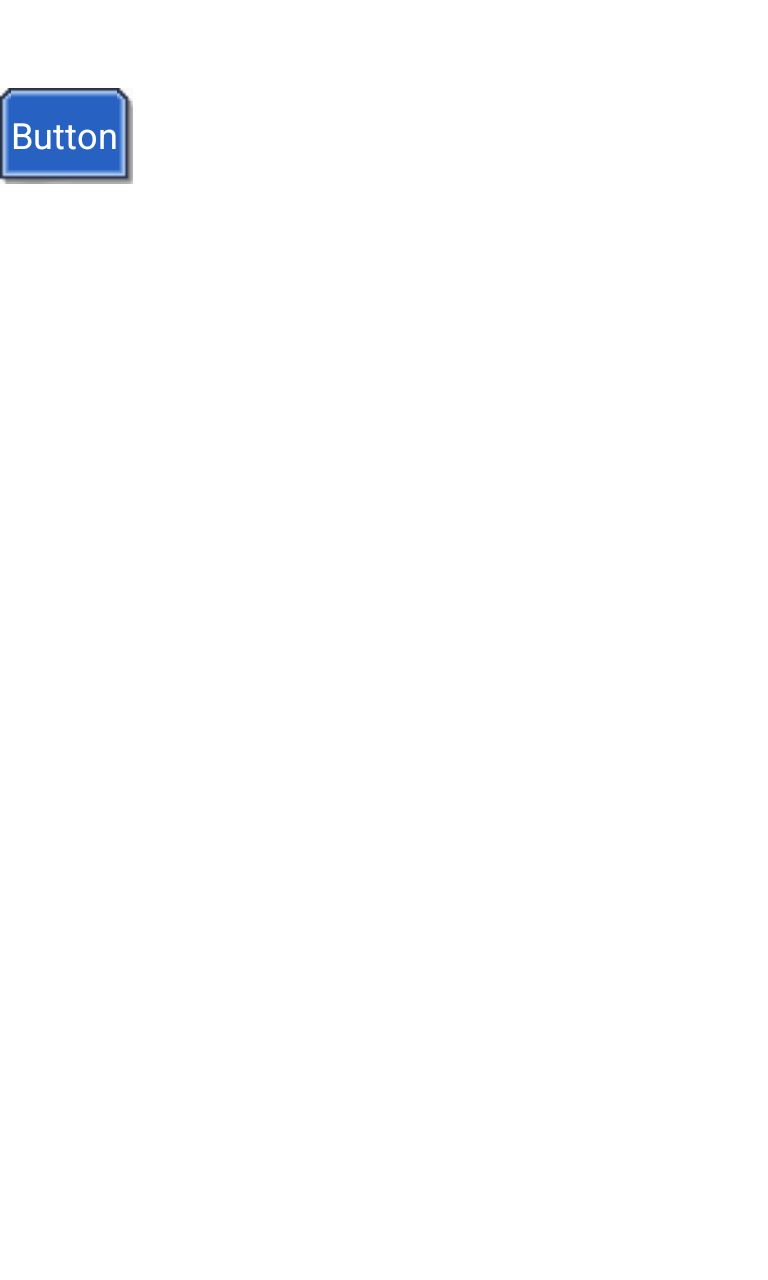
Repository: CMPUT301W13T11/classproject
Layout: FoodBook/res/layout/activity_main_screen.xml
These files come from the project's save history. The layout is drawn as it stood at one moment and after the next save; the edit follows.
It is drawn on a 768 x 1280 px phone screen (xhdpi) without system bars, with theme AppTheme; the app's code is not run.

Above is the layout before, as saved 2013-03-06 02:16:56.

After the next save:
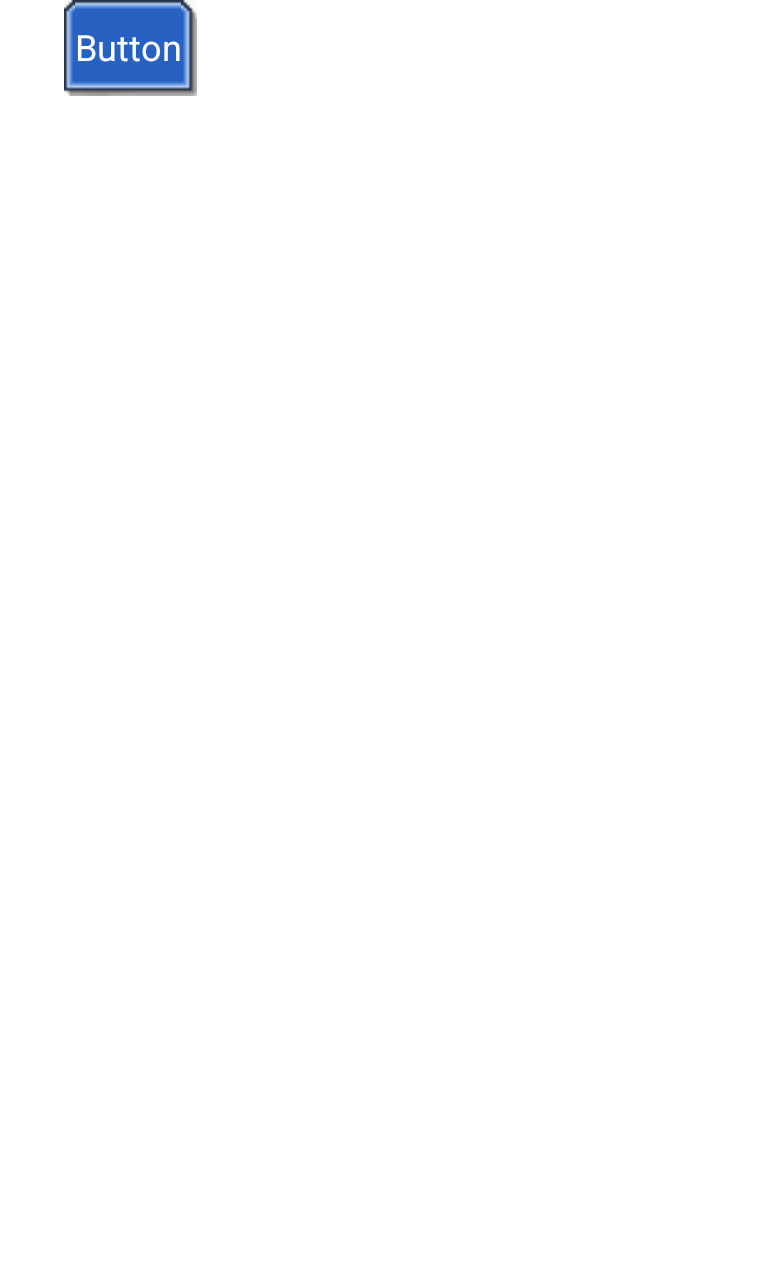
Saved 92 s later.
--- a/FoodBook/res/layout/activity_main_screen.xml
+++ b/FoodBook/res/layout/activity_main_screen.xml
@@ -8,10 +8,14 @@
         android:id="@+id/button1"
         android:layout_width="wrap_content"
         android:layout_height="wrap_content"
+        android:layout_alignParentLeft="true"
         android:layout_alignParentTop="true"
-        android:layout_marginTop="44dp"
+        android:layout_marginLeft="32dp"
         android:background="@drawable/button_style1"
         android:text="Button"
-        android:textColor="#FFFFFF"/>
+        android:textColor="#FFFFFF"
+        android:shadowColor="#000000"
+        android:shadowDx="1dp"
+        android:shadowDy="1dp" />
 
 </RelativeLayout>
